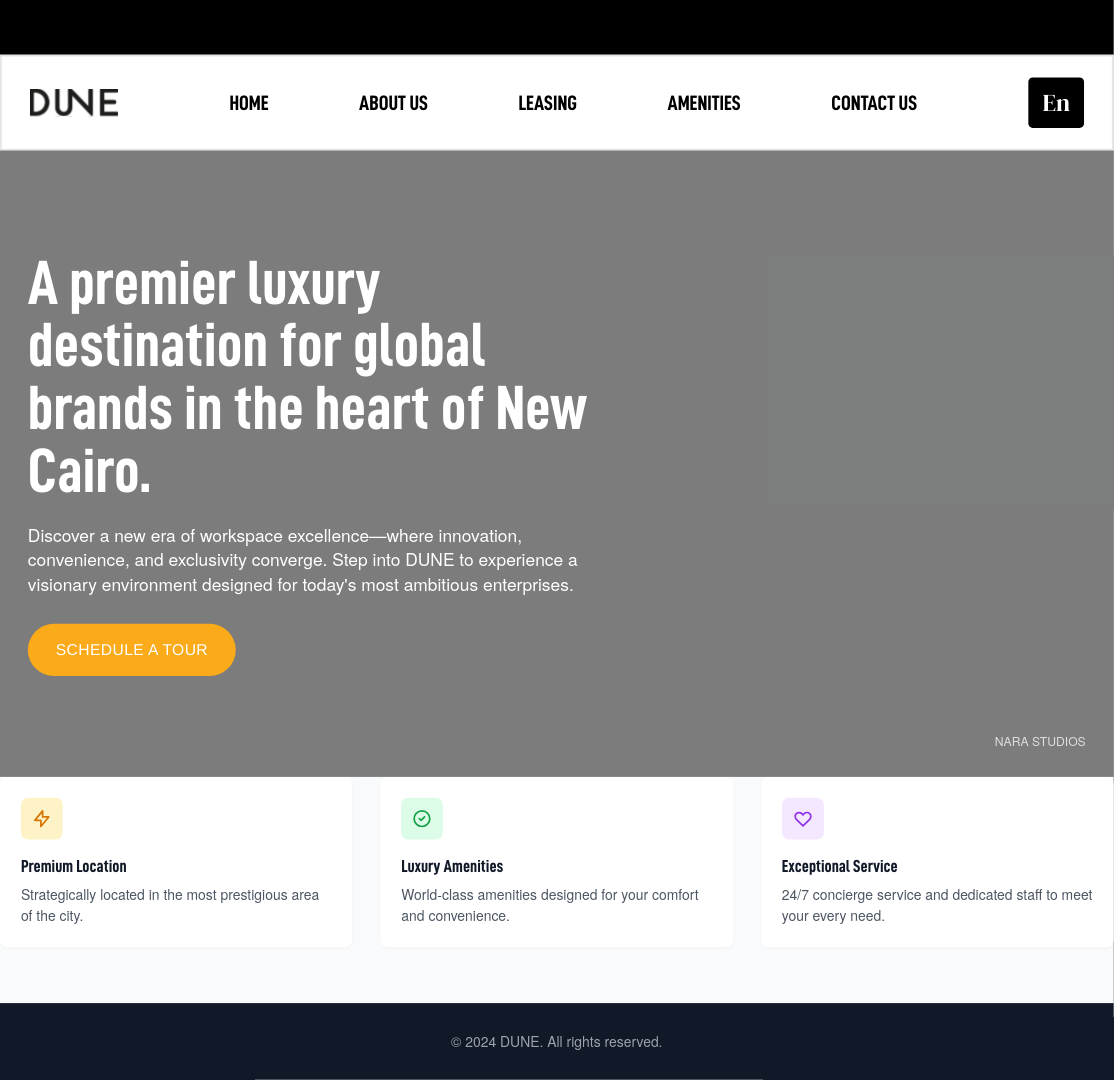
Repository: ahmedassr5765/dune
Page: index.html
These files come from the project's save history. The page is drawn as it stood at one moment and after the next save; the edit follows.
The browser window is 1280 px wide. The pictures show the whole page, at 87% of full size.
Some web fonts or font styles are not loaded; a fallback is used. Some web libraries are served in a nearby version.

Above is the page before, as saved 2025-07-12 17:54:49.
Not found: images/hero-bg.jpg

### index.html
<!DOCTYPE html>
<html lang="en" dir="ltr">
<head>
    <meta charset="UTF-8">
    <meta name="viewport" content="width=device-width, initial-scale=1.0">
    <title>DUNE</title>

    <!-- Google Fonts -->
    <link rel="preconnect" href="https://fonts.googleapis.com">
    <link rel="preconnect" href="https://fonts.gstatic.com" crossorigin>
    <link href="https://fonts.googleapis.com/css2?family=DM+Serif+Display:ital@0;1&display=swap" rel="stylesheet">

    <!-- Local Fonts -->
    <style>
        @font-face {
            font-family: 'D-DIN Condensed';
            src: url('./Fonts/D-DINCondensed-Bold.otf') format('opentype');
            font-weight: 700;
            font-style: normal;
        }

        @font-face {
            font-family: 'Helvetica Neue';
            src: url('./Fonts/HelveticaNeueBlack.otf') format('opentype');
            font-weight: 400;
            font-style: normal;
        }
    </style>

    <!-- TailwindCSS -->
    <script src="https://cdn.tailwindcss.com"></script>

    <!-- TailwindCSS Configuration -->
    <script>
        tailwind.config = {
            theme: {
                extend: {
                    fontFamily: {
                        'ddin': ['D-DIN Condensed', 'sans-serif'],
                        'helvetica': ['Helvetica Neue', 'sans-serif'],
                        'dm-serif': ['DM Serif Display', 'serif'],
                    }
                }
            }
        }
    </script>

    <!-- Custom Styles -->
    <style>
        /* RTL Support */
        [dir="rtl"] {
            text-align: right;
        }

        [dir="rtl"] .header-container {
            flex-direction: row-reverse;
        }

        [dir="rtl"] .logo {
            order: 3;
            margin-left: 0;
            margin-right: 0;
        }

        [dir="rtl"] .nav-items {
            order: 2;
            flex-direction: row;
            margin-left: 0;
            margin-right: 0;
            flex: 1;
            justify-content: center;
        }

        [dir="rtl"] .lang-toggle {
            order: 1;
            margin-left: 0;
            margin-right: 0;
        }

        [dir="rtl"] .nav-items a {
            margin-left: 0;
            margin-right: 0;
        }

        /* Language Toggle Button */
        .lang-toggle {
            transition: all 0.3s ease;
        }

        .lang-toggle:hover {
            transform: scale(1.05);
        }

        /* Navigation Active State */
        .nav-active {
            color: #f59e0b;
        }

        /* RTL Animation */
        .rtl-transition {
            transition: all 0.5s ease;
        }

        /* Black Top Bar */
        .top-bar {
            background-color: #000000;
            height: 63px;
        }
    </style>
</head>
<body class="font-helvetica bg-gray-50 rtl-transition">
    <!-- Black Top Bar -->
    <div class="top-bar"></div>

    <!-- Header -->
    <header class="container mx-auto bg-white shadow-sm">
        <div class="max-w-8xl mx-auto px-4 border-[#E5E5E5] border-2 sm:px-6 lg:px-8">
            <div class="flex justify-between items-center py-6 header-container">
                <div class="flex items-center logo">
                    <a href="#" class="flex items-center">
                        <img src="/images/logo.svg" alt="DUNE" class="h-8 w-auto">
                    </a>
                </div>
                <nav class="hidden md:flex space-x-20 nav-items">
                    <a href="#" class="text-black hover:text-[#FBAA19] px-3 py-2 text-[24px] font-ddin transition-colors duration-200 nav-link" data-en="HOME" data-ar="الرئيسية">HOME</a>
                    <a href="#" class="text-black hover:text-[#FBAA19] px-3 py-2 text-[24px] font-ddin transition-colors duration-200 nav-link" data-en="ABOUT US" data-ar="معلومات عنا">ABOUT US</a>
                    <a href="#" class="text-black hover:text-[#FBAA19] px-3 py-2 text-[24px] font-ddin transition-colors duration-200 nav-link" data-en="LEASING" data-ar="الإيجار">LEASING</a>
                    <a href="#" class="text-black hover:text-[#FBAA19] px-3 py-2 text-[24px] font-ddin transition-colors duration-200 nav-link" data-en="AMENITIES" data-ar="الخدمات">AMENITIES</a>
                    <a href="#" class="text-black hover:text-[#FBAA19] px-3 py-2 text-[24px] font-ddin transition-colors duration-200 nav-link" data-en="CONTACT US" data-ar="اتصل بنا">CONTACT US</a>
                </nav>
                <div class="flex items-center lang-toggle">
                    <button id="languageToggle" class="bg-black text-white px-4 py-2 text-[28px] font-normal font-dm-serif hover:bg-gray-800 transition-colors duration-200 focus:outline-none focus:ring-2 focus:ring-gray-500 focus:ring-offset-2 rounded-[5px]">
                        En
                    </button>
                </div>
            </div>
        </div>
    </header>

    <!-- Hero Section -->
    <section class="relative h-screen bg-cover bg-center bg-no-repeat" style="background-image: url('/images/hero-bg.jpg');">
        <!-- Dark overlay -->
        <div class="absolute inset-0 bg-black bg-opacity-50"></div>

        <!-- Hero Content -->
        <div class="relative z-10 flex flex-col justify-center items-start h-full max-w-7xl mx-auto px-4 sm:px-6 lg:px-8">
            <div class="max-w-2xl">
                <!-- Main Heading -->
                <h1 class="text-white text-5xl md:text-6xl lg:text-7xl font-bold font-ddin mb-6 leading-tight hero-title"
                    data-en="A premier luxury destination for global brands in the heart of New Cairo."
                    data-ar="وجهة فاخرة رائدة للعلامات التجارية العالمية في قلب القاهرة الجديدة.">
                    A premier luxury destination for global brands in the heart of New Cairo.
                </h1>

                <!-- Subtitle -->
                <p class="text-white text-lg md:text-xl mb-8 leading-relaxed hero-subtitle"
                   data-en="Discover a new era of workspace excellence—where innovation, convenience, and exclusivity converge. Step into DUNE to experience a visionary environment designed for today's most ambitious enterprises."
                   data-ar="اكتشف عصرًا جديدًا من التميز في مساحات العمل - حيث تتلاقى الابتكار والراحة والحصرية. ادخل إلى ديون لتختبر بيئة رؤيوية مصممة لأكثر المؤسسات طموحًا اليوم.">
                    Discover a new era of workspace excellence—where innovation, convenience, and exclusivity converge. Step into DUNE to experience a visionary environment designed for today's most ambitious enterprises.
                </p>

                <!-- CTA Button -->
                <button class="bg-[#FBAA19] hover:bg-[#e09915] text-white font-medium py-4 px-8 rounded-full text-lg transition-colors duration-300 uppercase tracking-wide hero-cta"
                        data-en="SCHEDULE A TOUR"
                        data-ar="حدد موعد جولة">
                    SCHEDULE A TOUR
                </button>
            </div>
        </div>

        <!-- Bottom Logo/Branding -->
        <div class="absolute bottom-8 right-8 z-10">
            <div class="text-white text-sm opacity-75">
                <span class="hero-brand" data-en="NARA STUDIOS" data-ar="استوديوهات نارا">NARA STUDIOS</span>
            </div>
        </div>
    </section>

    <!-- Features Section -->
        <section class="grid md:grid-cols-3 gap-8 mb-16">
            <div class="bg-white p-6 rounded-lg shadow-sm">
                <div class="w-12 h-12 bg-amber-100 rounded-lg flex items-center justify-center mb-4">
                    <svg class="w-6 h-6 text-amber-600" fill="none" stroke="currentColor" viewBox="0 0 24 24">
                        <path stroke-linecap="round" stroke-linejoin="round" stroke-width="2" d="M13 10V3L4 14h7v7l9-11h-7z"></path>
                    </svg>
                </div>
                <h3 class="text-xl font-semibold text-gray-900 font-ddin mb-2 feature-title" data-en="Premium Location" data-ar="موقع مميز">Premium Location</h3>
                <p class="text-gray-600 feature-desc" data-en="Strategically located in the most prestigious area of the city." data-ar="يقع في موقع استراتيجي في أرقى مناطق المدينة.">Strategically located in the most prestigious area of the city.</p>
            </div>

            <div class="bg-white p-6 rounded-lg shadow-sm">
                <div class="w-12 h-12 bg-green-100 rounded-lg flex items-center justify-center mb-4">
                    <svg class="w-6 h-6 text-green-600" fill="none" stroke="currentColor" viewBox="0 0 24 24">
                        <path stroke-linecap="round" stroke-linejoin="round" stroke-width="2" d="M9 12l2 2 4-4m6 2a9 9 0 11-18 0 9 9 0 0118 0z"></path>
                    </svg>
                </div>
                <h3 class="text-xl font-semibold text-gray-900 font-ddin mb-2 feature-title" data-en="Luxury Amenities" data-ar="خدمات فاخرة">Luxury Amenities</h3>
                <p class="text-gray-600 feature-desc" data-en="World-class amenities designed for your comfort and convenience." data-ar="خدمات عالمية المستوى مصممة لراحتك وسهولتك.">World-class amenities designed for your comfort and convenience.</p>
            </div>

            <div class="bg-white p-6 rounded-lg shadow-sm">
                <div class="w-12 h-12 bg-purple-100 rounded-lg flex items-center justify-center mb-4">
                    <svg class="w-6 h-6 text-purple-600" fill="none" stroke="currentColor" viewBox="0 0 24 24">
                        <path stroke-linecap="round" stroke-linejoin="round" stroke-width="2" d="M4.318 6.318a4.5 4.5 0 000 6.364L12 20.364l7.682-7.682a4.5 4.5 0 00-6.364-6.364L12 7.636l-1.318-1.318a4.5 4.5 0 00-6.364 0z"></path>
                    </svg>
                </div>
                <h3 class="text-xl font-semibold text-gray-900 font-ddin mb-2 feature-title" data-en="Exceptional Service" data-ar="خدمة استثنائية">Exceptional Service</h3>
                <p class="text-gray-600 feature-desc" data-en="24/7 concierge service and dedicated staff to meet your every need." data-ar="خدمة بواب على مدار الساعة وموظفين مخصصين لتلبية جميع احتياجاتك.">24/7 concierge service and dedicated staff to meet your every need.</p>
            </div>
        </section>

    <!-- Footer -->
    <footer class="bg-gray-900 text-white">
        <div class="max-w-7xl mx-auto px-4 sm:px-6 lg:px-8 py-8">
            <div class="text-center">
                <p class="text-gray-400 footer-text" data-en="&copy; 2024 DUNE. All rights reserved." data-ar="&copy; 2024 ديون. جميع الحقوق محفوظة.">&copy; 2024 DUNE. All rights reserved.</p>
            </div>
        </div>
    </footer>

    <!-- External JavaScript -->
    <script src="index.js"></script>
</body>
</html>

### index.js
let currentLang = 'en';
const languageToggle = document.getElementById('languageToggle');
const htmlElement = document.documentElement;

// Language toggle functionality
languageToggle.addEventListener('click', function() {
    if (currentLang === 'en') {
        // Switch to Arabic
        currentLang = 'ar';
        languageToggle.textContent = 'AR';
        htmlElement.setAttribute('lang', 'ar');
        htmlElement.setAttribute('dir', 'rtl');

        // Update all translatable elements
        updateTextContent('ar');

        // Add RTL specific classes
        document.body.classList.add('rtl-mode');

        // Update navigation spacing for RTL
        const navItems = document.querySelector('.nav-items');
        if (navItems) {
            navItems.classList.remove('space-x-20');
            navItems.classList.add('space-x-8');
        }

    } else {
        // Switch to English
        currentLang = 'en';
        languageToggle.textContent = 'En';
        htmlElement.setAttribute('lang', 'en');
        htmlElement.setAttribute('dir', 'ltr');

        // Update all translatable elements
        updateTextContent('en');

        // Remove RTL specific classes
        document.body.classList.remove('rtl-mode');

        // Reset navigation spacing for LTR
        const navItems = document.querySelector('.nav-items');
        if (navItems) {
            navItems.classList.remove('space-x-8');
            navItems.classList.add('space-x-20');
        }
    }
});

function updateTextContent(lang) {
    // Update navigation links
    const navLinks = document.querySelectorAll('.nav-link');
    navLinks.forEach(link => {
        link.textContent = link.getAttribute('data-' + lang);
    });

    // Update main title
    const mainTitle = document.querySelector('.hero-title');
    if (mainTitle) {
        mainTitle.textContent = mainTitle.getAttribute('data-' + lang);
    }

    // Update main subtitle
    const mainSubtitle = document.querySelector('.hero-subtitle');
    if (mainSubtitle) {
        mainSubtitle.textContent = mainSubtitle.getAttribute('data-' + lang);
    }

    // Update hero CTA button
    const heroCta = document.querySelector('.hero-cta');
    if (heroCta) {
        heroCta.textContent = heroCta.getAttribute('data-' + lang);
    }

    // Update hero brand
    const heroBrand = document.querySelector('.hero-brand');
    if (heroBrand) {
        heroBrand.textContent = heroBrand.getAttribute('data-' + lang);
    }

    // Update buttons
    const ctaButton = document.querySelector('.cta-button');
    if (ctaButton) {
        ctaButton.textContent = ctaButton.getAttribute('data-' + lang);
    }

    const secondaryButton = document.querySelector('.secondary-button');
    if (secondaryButton) {
        secondaryButton.textContent = secondaryButton.getAttribute('data-' + lang);
    }

    // Update feature titles
    const featureTitles = document.querySelectorAll('.feature-title');
    featureTitles.forEach(title => {
        title.textContent = title.getAttribute('data-' + lang);
    });

    // Update feature descriptions
    const featureDescs = document.querySelectorAll('.feature-desc');
    featureDescs.forEach(desc => {
        desc.textContent = desc.getAttribute('data-' + lang);
    });

    // Update footer text
    const footerText = document.querySelector('.footer-text');
    if (footerText) {
        footerText.innerHTML = footerText.getAttribute('data-' + lang);
    }
}

// Add smooth transitions for RTL switch
document.addEventListener('DOMContentLoaded', function() {
    // Add transition classes after page load
    setTimeout(() => {
        document.body.classList.add('rtl-transition');
    }, 100);
});

After the next save:
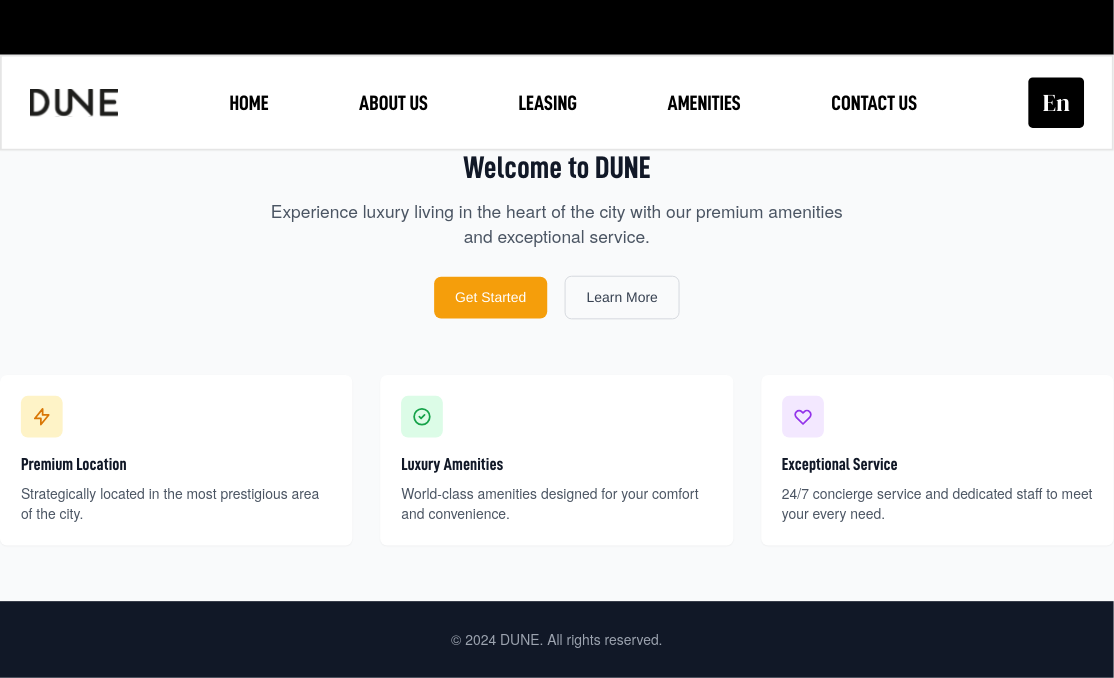
Saved 3 s later.
--- a/index.html
+++ b/index.html
@@ -137,46 +137,21 @@
         </div>
     </header>
 
-    <!-- Hero Section -->
-    <section class="relative h-screen bg-cover bg-center bg-no-repeat" style="background-image: url('/images/hero-bg.jpg');">
-        <!-- Dark overlay -->
-        <div class="absolute inset-0 bg-black bg-opacity-50"></div>
-
-        <!-- Hero Content -->
-        <div class="relative z-10 flex flex-col justify-center items-start h-full max-w-7xl mx-auto px-4 sm:px-6 lg:px-8">
-            <div class="max-w-2xl">
-                <!-- Main Heading -->
-                <h1 class="text-white text-5xl md:text-6xl lg:text-7xl font-bold font-ddin mb-6 leading-tight hero-title"
-                    data-en="A premier luxury destination for global brands in the heart of New Cairo."
-                    data-ar="وجهة فاخرة رائدة للعلامات التجارية العالمية في قلب القاهرة الجديدة.">
-                    A premier luxury destination for global brands in the heart of New Cairo.
-                </h1>
-
-                <!-- Subtitle -->
-                <p class="text-white text-lg md:text-xl mb-8 leading-relaxed hero-subtitle"
-                   data-en="Discover a new era of workspace excellence—where innovation, convenience, and exclusivity converge. Step into DUNE to experience a visionary environment designed for today's most ambitious enterprises."
-                   data-ar="اكتشف عصرًا جديدًا من التميز في مساحات العمل - حيث تتلاقى الابتكار والراحة والحصرية. ادخل إلى ديون لتختبر بيئة رؤيوية مصممة لأكثر المؤسسات طموحًا اليوم.">
-                    Discover a new era of workspace excellence—where innovation, convenience, and exclusivity converge. Step into DUNE to experience a visionary environment designed for today's most ambitious enterprises.
-                </p>
-
-                <!-- CTA Button -->
-                <button class="bg-[#FBAA19] hover:bg-[#e09915] text-white font-medium py-4 px-8 rounded-full text-lg transition-colors duration-300 uppercase tracking-wide hero-cta"
-                        data-en="SCHEDULE A TOUR"
-                        data-ar="حدد موعد جولة">
-                    SCHEDULE A TOUR
+        <!-- Hero Section -->
+        <section class="text-center mb-16">
+            <h2 class="text-4xl font-bold text-gray-900 font-ddin mb-4 main-title" data-en="Welcome to DUNE" data-ar="مرحباً بكم في ديون">Welcome to DUNE</h2>
+            <p class="text-xl text-gray-600 mb-8 max-w-2xl mx-auto main-subtitle" data-en="Experience luxury living in the heart of the city with our premium amenities and exceptional service." data-ar="اختبر الحياة الفاخرة في قلب المدينة مع خدماتنا المتميزة والخدمة الاستثنائية.">Experience luxury living in the heart of the city with our premium amenities and exceptional service.</p>
+            <div class="space-x-4">
+                <button class="bg-amber-500 text-white px-6 py-3 rounded-lg font-medium hover:bg-amber-600 transition duration-200 cta-button" data-en="Get Started" data-ar="ابدأ الآن">
+                    Get Started
+                </button>
+                <button class="border border-gray-300 text-gray-700 px-6 py-3 rounded-lg font-medium hover:bg-gray-50 transition duration-200 secondary-button" data-en="Learn More" data-ar="اعرف المزيد">
+                    Learn More
                 </button>
             </div>
-        </div>
+        </section>
 
-        <!-- Bottom Logo/Branding -->
-        <div class="absolute bottom-8 right-8 z-10">
-            <div class="text-white text-sm opacity-75">
-                <span class="hero-brand" data-en="NARA STUDIOS" data-ar="استوديوهات نارا">NARA STUDIOS</span>
-            </div>
-        </div>
-    </section>
-
-    <!-- Features Section -->
+        <!-- Features Section -->
         <section class="grid md:grid-cols-3 gap-8 mb-16">
             <div class="bg-white p-6 rounded-lg shadow-sm">
                 <div class="w-12 h-12 bg-amber-100 rounded-lg flex items-center justify-center mb-4">
